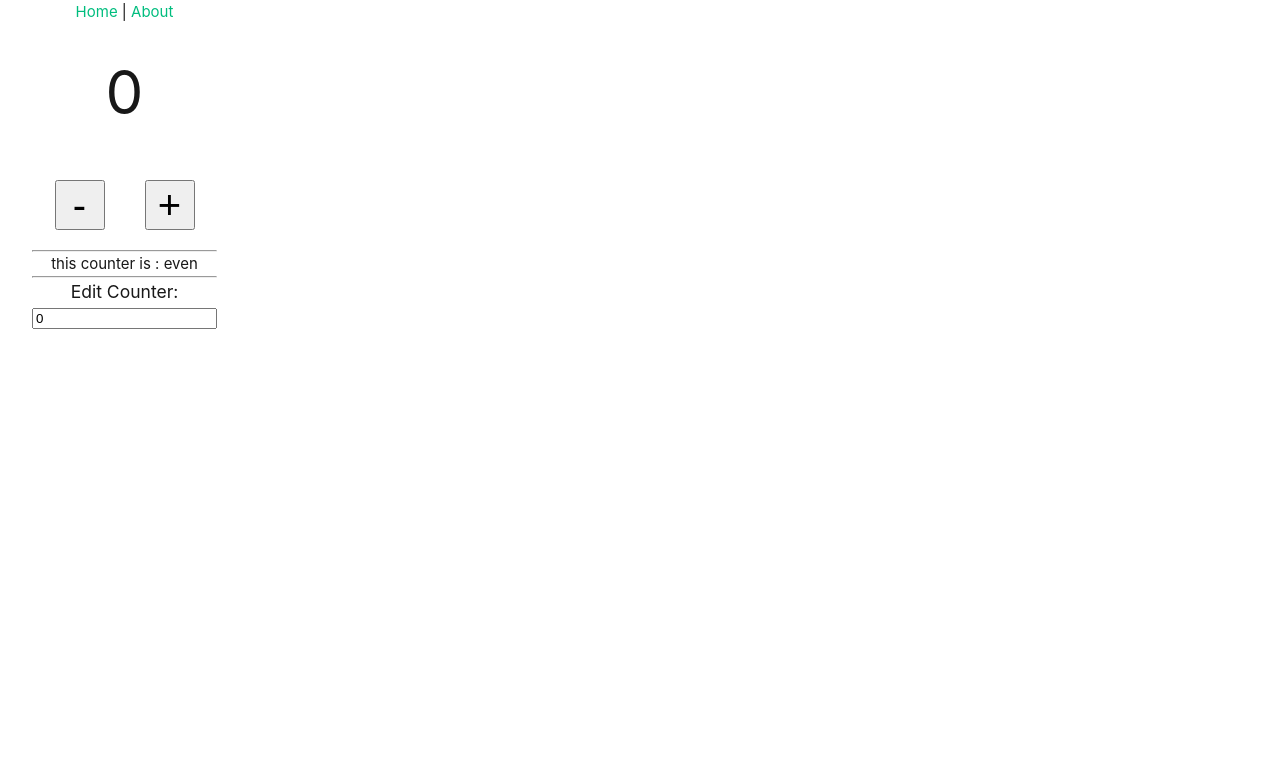
Repository: loktioncode/vectra-shop
Page: /
An editor plug-in stored every save of this project. The page is shown before and after the next save, followed by the edit.
The browser window is 1280 px wide. The pictures show the whole page.
The project was rebuilt for these pictures with package versions that can differ from the ones it lists, and the page was loaded fresh each time. Also part of the build but not shown: vite.config.ts.

Above is the page before, as saved 2023-09-20 14:06:41.

After the next save:
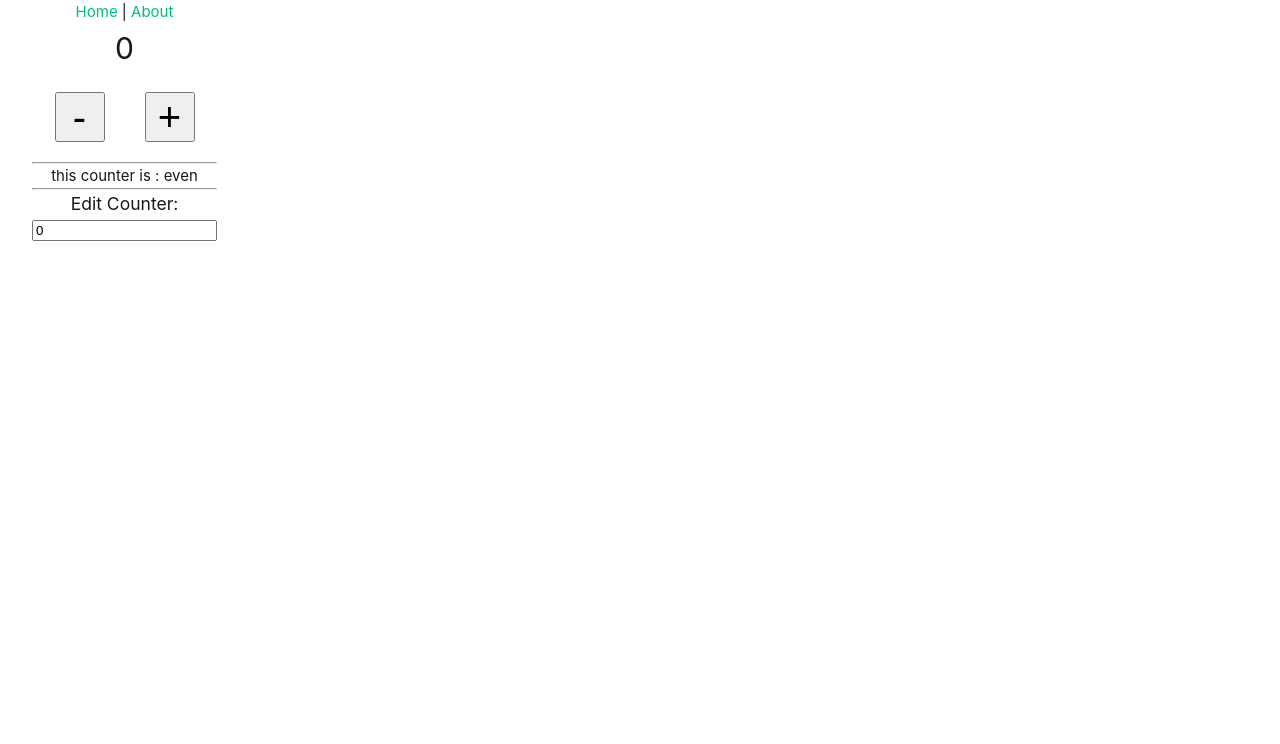
Saved 6 min 4 s later.
--- a/src/views/HomeView.vue
+++ b/src/views/HomeView.vue
@@ -22,7 +22,7 @@
 
 
 <script setup lang="ts">
-// import TheWelcome from '../components/TheWelcome.vue'
+import Counter from '@/components/Counter.vue'
 import { useCounterStore } from '@/stores/counter'
 
 const storeCounter = useCounterStore();
@@ -37,10 +37,7 @@ const storeCounter = useCounterStore();
     align-items: center;
   }
 
-  .count {
-    font-size: 60px;
-    margin: 20px;
-  }
+
 
   .buttons button {
     font-size: 40px;
